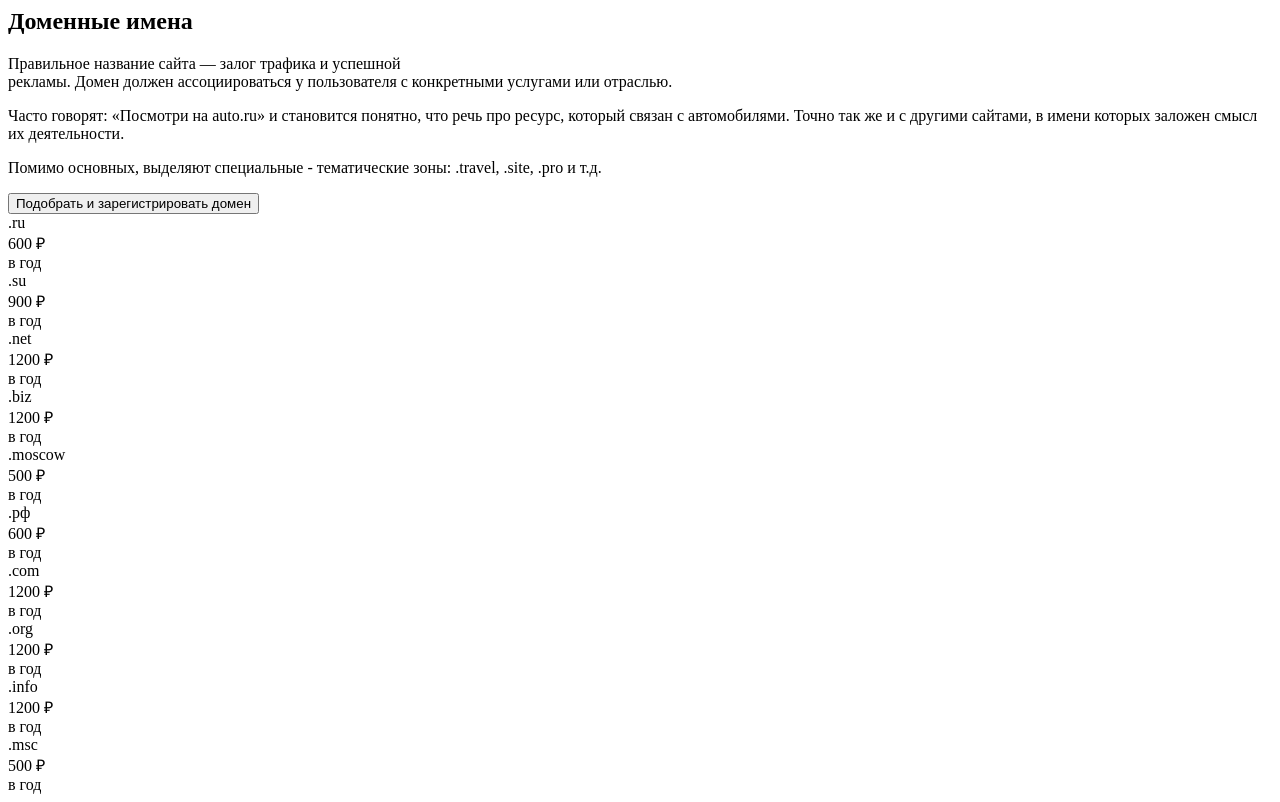
Repository: Inzhir2022/hosting
Page: src/_includes/_domains.html
An editor plug-in stored every save of this project. The page is shown before and after the next save, followed by the edit.
The browser window is 1280 px wide. The pictures show the whole page.

Above is the page before, as saved 2022-07-19 07:31:30.

### src/_includes/_domains.html
<section class="domains">
  <div class="container">
    <h2 class="domains__title">Доменные имена</h2>
    <div class="domains__descr">
      <p>Правильное название сайта — залог трафика и успешной <br> рекламы. Домен должен ассоциироваться у пользователя с конкретными услугами или отраслью.</p>
      <p>Часто говорят: «Посмотри на auto.ru» и становится понятно, что речь про ресурс, который связан с автомобилями. Точно так же и с другими сайтами, в имени которых заложен смысл их деятельности.</p>
      <p>Помимо основных, выделяют специальные - тематические зоны: .travel, .site, .pro и т.д.</p>
    </div>
    <button class="btn btn_long domains__btn">Подобрать и зарегистрировать домен</button>
    <div class="domains__item ru">
      <div class="domains__item-icon"></div>
      <div class="domains__item-title">.ru</div>
      <div class="domains__item-price"> 600 ₽
        <div class="domains__item-text">в год</div>
      </div>
    </div>
    <div class="domains__item su">
      <div class="domains__item-icon"></div>
      <div class="domains__item-title">.su</div>
      <div class="domains__item-price"> 900 ₽
        <div class="domains__item-text">в год</div>
      </div>
    </div>
    <div class="domains__item net">
      <div class="domains__item-icon"></div>
      <div class="domains__item-title">.net</div>
      <div class="domains__item-price"> 1200 ₽
        <div class="domains__item-text">в год</div>
      </div>
    </div>
    <div class="domains__item biz">
      <div class="domains__item-icon"></div>
      <div class="domains__item-title">.biz</div>
      <div class="domains__item-price"> 1200 ₽
        <div class="domains__item-text">в год</div>
      </div>
    </div>
    <div class="domains__item moscow">
      <div class="domains__item-icon"></div>
      <div class="domains__item-title">.moscow</div>
      <div class="domains__item-price"> 500 ₽
        <div class="domains__item-text">в год</div>
      </div>
    </div>
    <div class="domains__item rf">
      <div class="domains__item-icon"></div>
      <div class="domains__item-title">.рф</div>
      <div class="domains__item-price"> 600 ₽
        <div class="domains__item-text">в год</div>
      </div>
    </div>
    <div class="domains__item com">
      <div class="domains__item-icon"></div>
      <div class="domains__item-title">.com</div>
      <div class="domains__item-price"> 1200 ₽
        <div class="domains__item-text">в год</div>
      </div>
    </div>
    <div class="domains__item org">
      <div class="domains__item-icon"></div>
      <div class="domains__item-title">.org</div>
      <div class="domains__item-price">1200 ₽
        <div class="domains__item-text">в год</div>
      </div>
    </div>
    <div class="domains__item info">
      <div class="domains__item-icon"></div>
      <div class="domains__item-title">.info</div>
      <div class="domains__item-price"> 1200 ₽
        <div class="domains__item-text">в год</div>
      </div>
    </div>
    <div class="domains__item msc">
      <div class="domains__item-icon"></div>
      <div class="domains__item-title">.msc</div>
      <div class="domains__item-price"> 500 ₽
        <div class="domains__item-text">в год</div>
      </div>
    </div>
  </div>
  </div>
</section>

After the next save:
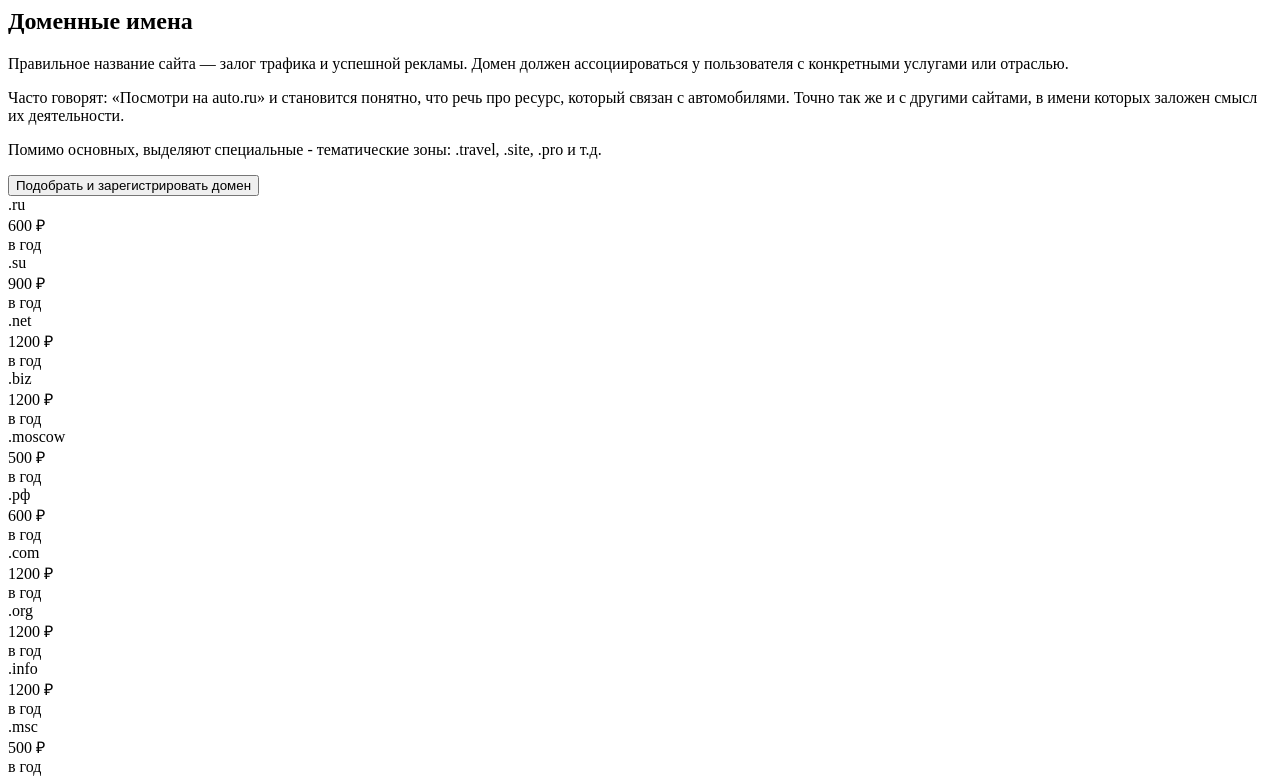
Saved 8 s later.
--- a/src/_includes/_domains.html
+++ b/src/_includes/_domains.html
@@ -2,7 +2,7 @@
   <div class="container">
     <h2 class="domains__title">Доменные имена</h2>
     <div class="domains__descr">
-      <p>Правильное название сайта — залог трафика и успешной <br> рекламы. Домен должен ассоциироваться у пользователя с конкретными услугами или отраслью.</p>
+      <p>Правильное название сайта — залог трафика и успешной рекламы. Домен должен ассоциироваться у пользователя с конкретными услугами или отраслью.</p>
       <p>Часто говорят: «Посмотри на auto.ru» и становится понятно, что речь про ресурс, который связан с автомобилями. Точно так же и с другими сайтами, в имени которых заложен смысл их деятельности.</p>
       <p>Помимо основных, выделяют специальные - тематические зоны: .travel, .site, .pro и т.д.</p>
     </div>

After the save that followed:
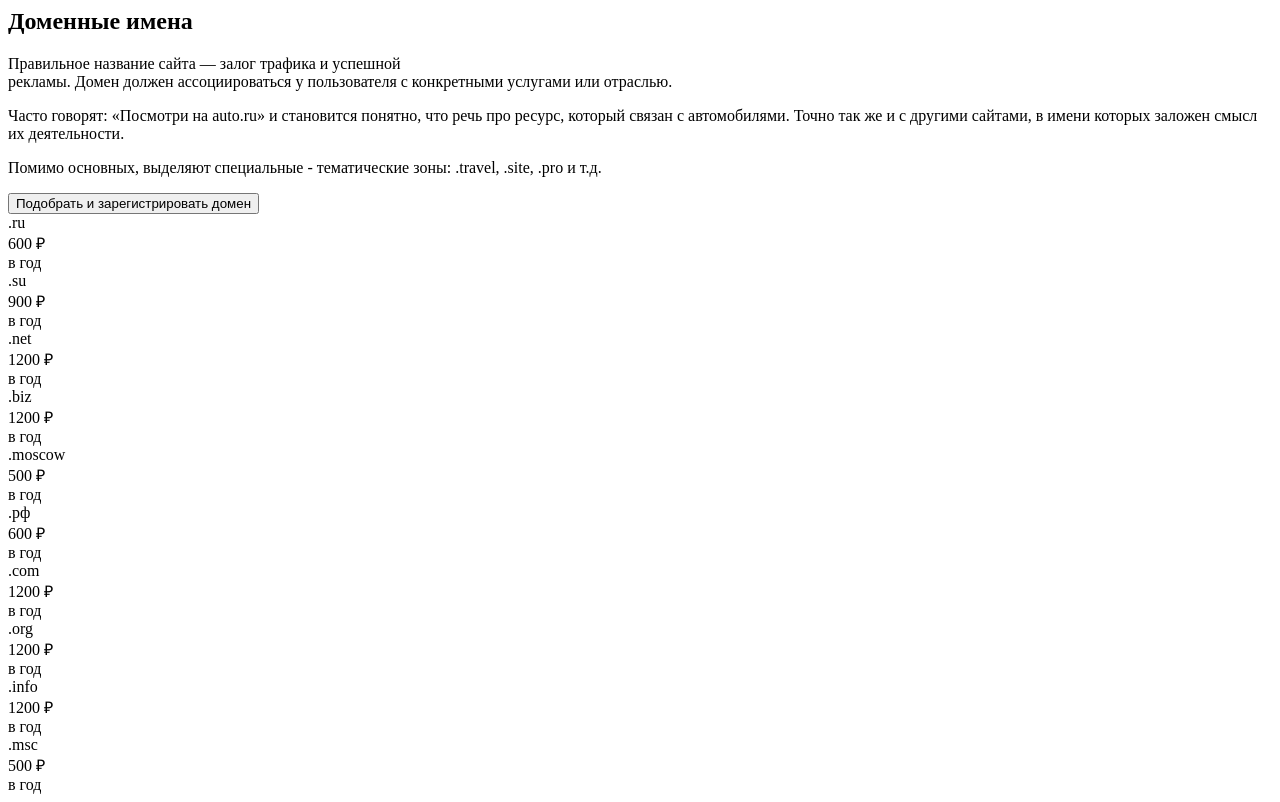
Saved 3 min 21 s later.
--- a/src/_includes/_domains.html
+++ b/src/_includes/_domains.html
@@ -2,7 +2,7 @@
   <div class="container">
     <h2 class="domains__title">Доменные имена</h2>
     <div class="domains__descr">
-      <p>Правильное название сайта — залог трафика и успешной рекламы. Домен должен ассоциироваться у пользователя с конкретными услугами или отраслью.</p>
+      <p>Правильное название сайта — залог трафика и успешной <br>рекламы. Домен должен ассоциироваться у пользователя с конкретными услугами или отраслью.</p>
       <p>Часто говорят: «Посмотри на auto.ru» и становится понятно, что речь про ресурс, который связан с автомобилями. Точно так же и с другими сайтами, в имени которых заложен смысл их деятельности.</p>
       <p>Помимо основных, выделяют специальные - тематические зоны: .travel, .site, .pro и т.д.</p>
     </div>
